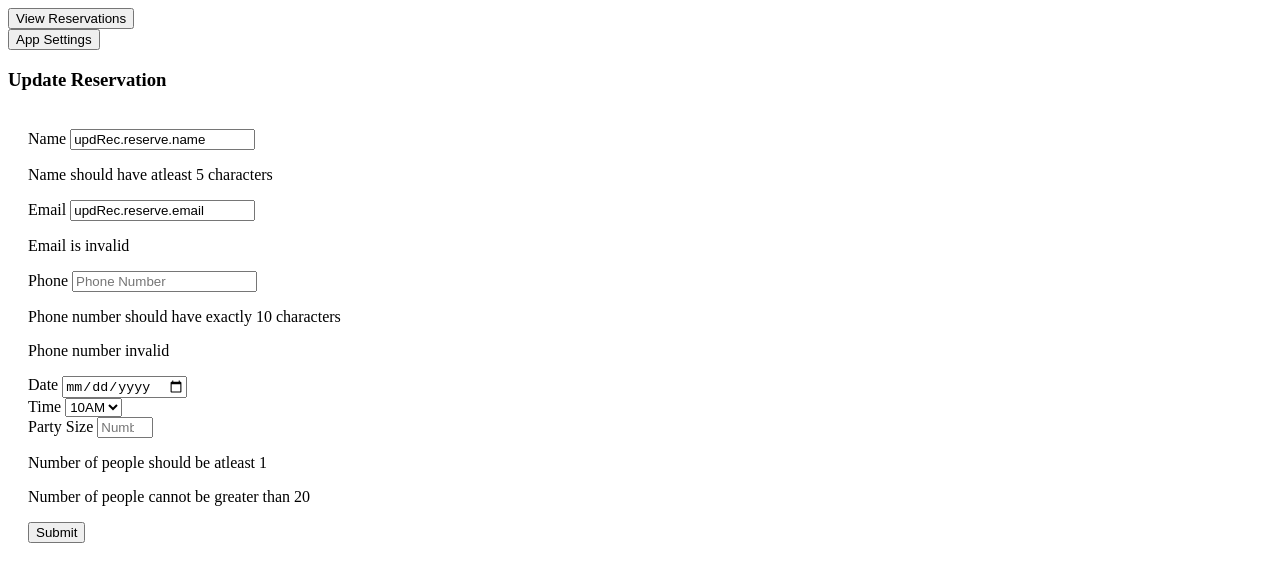
Repository: b5ff/Restaurant_app
Page: Restaurant_app/WebContent/partials/admin.updateReserve.tmpl.html
The author's editor kept a copy of each file at every save. The page is drawn from the files as they stood at one save, then again after the next save.
The browser window is 1280 px wide. The pictures show the whole page.

Above is the page before, as saved 2015-07-06 09:16:22.

After the next save:
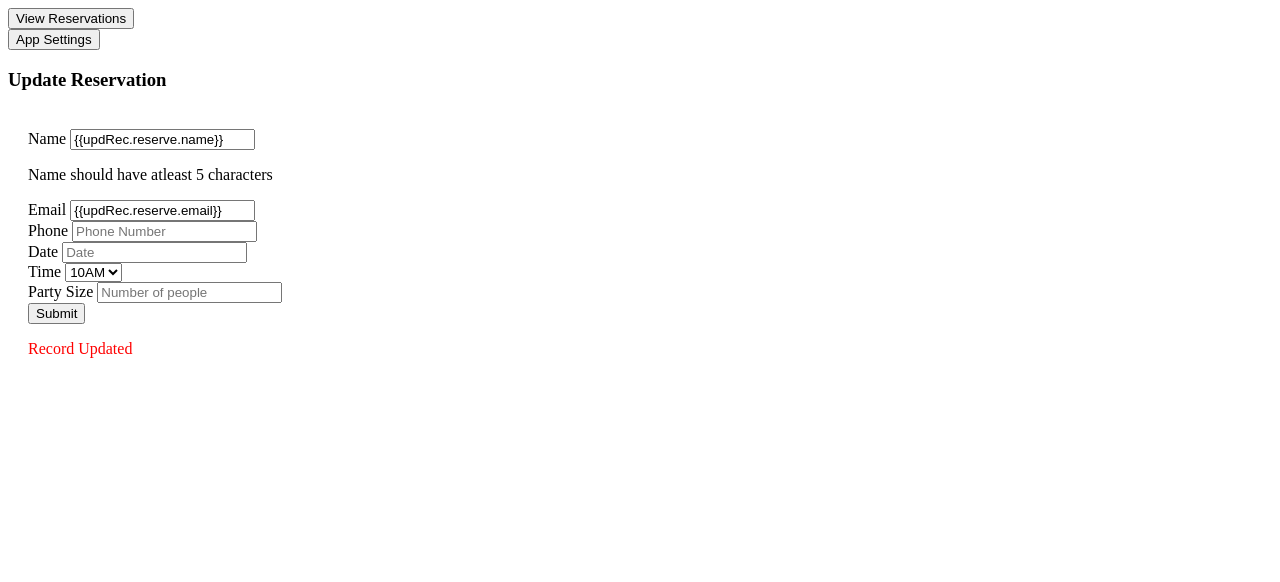
Saved 62 s later.
--- a/Restaurant_app/WebContent/partials/admin.updateReserve.tmpl.html
+++ b/Restaurant_app/WebContent/partials/admin.updateReserve.tmpl.html
@@ -14,13 +14,15 @@
 <!-- ------------Usermenu ends here----------------- -->
 <!-- ---------------Update RESERVATION Form container starts here--------------- -->
 <div class="container v_container">
+
     <h3>Update Reservation</h3>
+
     <form style="padding: 20px;" novalidate name="updateReservationForm"
           ng-submit="updRec.updateReservation(updateReservationForm.$valid)">
         <div class="form-group">
             <label for="Name">Name</label>
             <input type="text" class="form-control" minlength="5" id="Name" placeholder="Name" name="name"
-                   ng-model="updRec.reserve.name" value="updRec.reserve.name" required>
+                   ng-model="updRec.reserve.name" value="{{updRec.reserve.name}}" required>
 
             <div ng-messages="updateReservationForm.name.$error" ng-if="updateReservationForm.name.$dirty">
                 <!--<p ng-message="required" class="v-form-error">Name is required</p>-->
@@ -29,32 +31,33 @@
         </div>
         <div class="form-group">
             <label for="Email">Email</label>
-            <input type="email" class="form-control" id="Email" name="email" placeholder="Email Address"
-                   ng-model="updRec.reserve.email" value="updRec.reserve.email" required>
+            <input type="text" class="form-control" id="Email" name="email" placeholder="Email Address"
+                   ng-model="updRec.reserve.email" value="{{updRec.reserve.email}}" required>
 
             <div ng-messages="updateReservationForm.email.$error" ng-if="updateReservationForm.email.$dirty">
                 <!--<p ng-message="required" class="v-form-error">Email is required</p>-->
-                <p ng-message="email" class="v-form-error">Email is invalid</p>
+                <!--<p ng-message="email" class="v-form-error">Email is invalid</p>-->
             </div>
         </div>
         <div class="form-group">
             <label for="Phone">Phone</label>
-            <input type="number" name="phone" class="form-control" ng-pattern="/^[0-9]{10}$/" id="Phone"
-                   placeholder="Phone Number" ng-model="updRec.reserve.phone" value="updRec.reserve.phone" required>
+            <input type="text" name="phone" class="form-control" id="Phone"
+                   placeholder="Phone Number" ng-model="updRec.reserve.phone" required>
 
-            <div ng-messages="updateReservationForm.phone.$error" ng-if="updateReservationForm.phone.$error">
+            <div ng-messages="updateReservationForm.phone.$error" ng-if="updateReservationForm.phone.$dirty">
                 <!--<p ng-message="required" class="v-form-error">Phone is required</p>-->
-                <p ng-message="pattern" class="v-form-error">Phone number should have exactly 10 characters</p>
-                <p ng-message="number" class="v-form-error">Phone number invalid</p>
+                <!--<p ng-message="pattern" class="v-form-error">Phone number should have exactly 10 characters</p>-->
+
+                <!--<p ng-message="number" class="v-form-error">Phone number invalid</p>-->
             </div>
         </div>
         <div class="row">
             <div class="form-group col-md-6">
                 <label for="Date">Date</label>
-                <input type="date" name="date" class="form-control" id="Date" placeholder="Date"
-                       ng-model="updRec.reserve.date" value="updRec.reserve.date">
+                <input type="text" name="date" class="form-control" id="Date" placeholder="Date"
+                       ng-model="updRec.reserve.date">
 
-                <div ng-messages="updateReservationForm.date.$error" ng-if="updateReservationForm.date.$error">
+                <div ng-messages="updateReservationForm.date.$error" ng-if="updateReservationForm.date.$dirty">
                     <!--<p ng-message="required" class="v-form-error">Data and time is required</p>-->
                     <!--<p ng-message="step" class="v-form-error">Should have 30 minutes step</p>-->
                 </div>
@@ -75,27 +78,34 @@
         <div class="row">
             <div class="form-group col-md-6">
                 <label for="partySize">Party Size</label>
-                <input type="number" class="form-control" name="partySize" id="partySize" placeholder="Number of people"
-                       min="1" max="20" ng-model="updRec.reserve.partySize" value="updRec.reserve.partySize" required>
+                <input type="text" class="form-control" name="partySize" id="partySize"
+                       placeholder="Number of people"
+                       min="1" max="20" ng-model="updRec.reserve.partySize" required>
 
-                <div ng-messages="updateReservationForm.partySize.$error" ng-if="updateReservationForm.partySize.$error">
-                    <p ng-message="min" class="v-form-error">Number of people should be atleast 1</p>
+                <div ng-messages="updateReservationForm.partySize.$error"
+                     ng-if="updateReservationForm.partySize.$dirty">
+                    <!--<p ng-message="min" class="v-form-error">Number of people should be atleast 1</p>-->
 
-                    <p ng-message="max" class="v-form-error">Number of people cannot be greater than 20</p>
+                    <!--<p ng-message="max" class="v-form-error">Number of people cannot be greater than 20</p>-->
                 </div>
             </div>
 
         </div>
+        <div class="row">
+            <div class="form-group col-md-6">
+                <button type="submit" class="btn btn-default">Submit</button>
+            </div>
+            <div class="form-group col-md-6" ng-show="updRec.updatedReservation.show" style="color: red;"><p>Record
+                Updated</p></div>
+        </div>
 
-        <button type="submit" class="btn btn-default">Submit</button>
     </form>
 </div>
-<!--<div class="container v_container" ng-show="updRec.newReservation.show">-->
-    <!--<div style="padding: 20px;">-->
-        <!--<p>-->
-            <!--Reservation updated.<br>-->
-            <!--Confirmation ID: {{updRec.newReservation.payload.reservationId}}-->
-        <!--</p>-->
-    <!--</div>-->
+<!--<div class="container v_container" ng-show="updRec.updatedReservation.show">-->
+<!--<div style="padding: 20px;">-->
+<!--<p>-->
+<!--Reservation updated.<br>-->
+<!--</p>-->
+<!--</div>-->
 <!--</div>-->
 <!--Update RESERVATION Form container ends here-->
